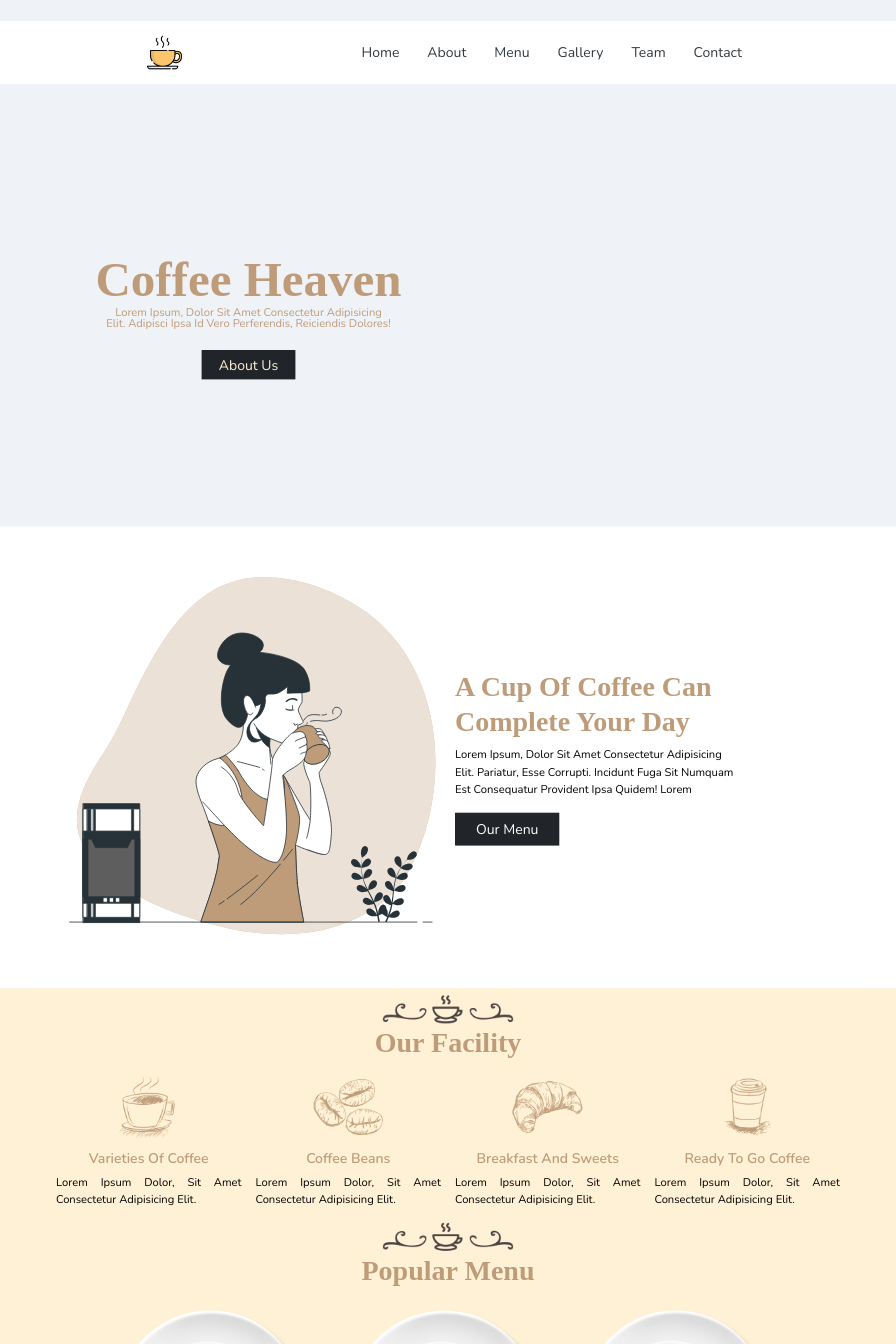
Repository: Ragavan728/coffee_full
Page: index.html
These files come from the project's save history. The page is drawn as it stood at one moment and after the next save; the edit follows.
The browser window is 1280 px wide. The pictures show the part of the page from y = 0 to 1920 px (the page is 5147 px tall before and 5087 px after), at 70% of full size.
Some web fonts or font styles are not loaded; a fallback is used.

Above is the page before, as saved 2025-02-10 15:55:17.

### index.html
<!DOCTYPE html>
<html lang="en">

<head>
    <meta charset="UTF-8">
    <meta name="viewport" content="width=device-width, initial-scale=1.0">
    <title>Coffee Shop</title>
    <link rel="shortcut icon" href="./assets/images/logo.png" type="image/x-icon">
    <link rel="stylesheet" href="./style.css">
    <link rel="stylesheet" href="https://cdnjs.cloudflare.com/ajax/libs/font-awesome/6.7.2/css/all.min.css"
        integrity="sha512-Evv84Mr4kqVGRNSgIGL/F/aIDqQb7xQ2vcrdIwxfjThSH8CSR7PBEakCr51Ck+w+/U6swU2Im1vVX0SVk9ABhg=="
        crossorigin="anonymous" referrerpolicy="no-referrer" />
    <!-- <link rel="stylesheet" href="./cssSequence.css"> -->
</head>

<body>
    <header>
        <nav class="navBar componentSpacing"> <!-- component -->
            <div class="navContainer"> <!-- componentContainer -->
                <div class="navBody"> <!-- row 1 -->
                    <div class="logoBlock"> <!-- column 1 -->
                        <figure class="logoBox"> <!-- subColumn 1 -->
                            <img src="./assets/images/logo.png" alt="logo">
                        </figure>
                    </div>
                    <div class="navlinkBlock"> <!-- column 2 -->
                        <ul class="navlinkBox"> <!-- subcolumn 1 -->
                            <li><a href="">Home</a></li>
                            <li><a href="">About</a></li>
                            <li><a href="">Menu</a></li>
                            <li><a href="">Gallery</a></li>
                            <li><a href="">Team</a></li>
                            <li><a href="">Contact</a></li>
                        </ul>
                    </div>
                </div>
            </div>
        </nav>
        <section class="heroSection"> <!-- component -->
            <div class="heroContainer"> <!-- componentContainer -->
                <div class="heroBody"> <!-- row 1 -->
                    <div class="heroBlock"> <!-- column 1 -->
                        <div class="heroBox"> <!-- subcolumn 1 -->
                            <h1>Coffee Heaven</h1>
                            <p>Lorem Ipsum, Dolor Sit Amet Consectetur
                                Adipisicing Elit. Adipisci Ipsa Id Vero
                                Perferendis, Reiciendis Dolores!</p>
                            <button type="button">About Us</button>
                        </div>
                    </div>
                </div>
            </div>
        </section>
    </header>
    <main>
        <section class="ourMenu "> <!-- component -->
            <div class="ourMenuContainer"> <!-- componentContainer  -->
                <div class="ourMenuBody"> <!-- row 1 -->
                    <div class="ourMenuImgBlock"> <!-- column 1 -->
                        <figure class="ourMenuImgBox"> <!-- subColumn 1 -->
                            <img src="./assets/images/ourmenu.svg" alt="menuImg">
                        </figure>
                    </div>
                    <div class="ourMenuBlock"> <!-- column 2 -->
                        <div class="ourMenuBox"> <!-- subcolumn 1 -->
                            <h2>A Cup Of Coffee Can Complete Your Day</h2>
                            <p>Lorem ipsum, dolor sit amet consectetur adipisicing elit. Pariatur, esse corrupti.
                                Incidunt fuga sit numquam est consequatur provident ipsa quidem! Lorem</p>
                            <button type="button">Our Menu</button>
                        </div>
                    </div>
                </div>
            </div>
        </section>
        <section class="ourFacility"> <!-- component -->
            <div class="ourFacilityContainer"> <!-- componentContainer -->
                <div class="headingBody"> <!-- row 1 -->
                    <div class="headingBlock"> <!-- column 1 -->
                        <div class="headingBox"> <!-- subcolumn 1 -->
                            <figure class="headingImg">
                                <img src="./assets/images/heading.png" alt="heading_design">
                            </figure>
                            <h2>our facility</h2>
                        </div>
                    </div>
                </div>
                <div class="facilityListsBody"> <!-- row 2 -->
                    <div class="facilityBlock"> <!-- column 1 -->
                        <div class="facilityCard"> <!-- subcolumn 1 -->
                            <figure class="facilityCardHead">
                                <img src="./assets/images/facility_1.png" alt="facility_01">
                            </figure>
                            <div class="facilityCardBody">
                                <h3>Varieties Of Coffee</h3>
                                <p>Lorem Ipsum Dolor, Sit Amet Consectetur Adipisicing Elit.</p>
                            </div>
                        </div>
                    </div>
                    <div class="facilityBlock"> <!-- column 2 -->
                        <div class="facilityCard"> <!-- subcolumn 1 -->
                            <figure class="facilityCardHead">
                                <img src="./assets/images/facility_2.png" alt="facility_02">
                            </figure>
                            <div class="facilityCardBody">
                                <h3>Coffee Beans</h3>
                                <p>Lorem Ipsum Dolor, Sit Amet Consectetur Adipisicing Elit.</p>
                            </div>
                        </div>
                    </div>
                    <div class="facilityBlock"> <!-- column 3 -->
                        <div class="facilityCard"> <!-- subcolumn 1 -->
                            <figure class="facilityCardHead">
                                <img src="./assets/images/facility_3.png" alt="facility_03">
                            </figure>
                            <div class="facilityCardBody">
                                <h3>Breakfast And Sweets</h3>
                                <p>Lorem Ipsum Dolor, Sit Amet Consectetur Adipisicing Elit.</p>
                            </div>
                        </div>
                    </div>
                    <div class="facilityBlock"> <!-- column 4 -->
                        <div class="facilityCard"> <!-- subcolumn 1 -->
                            <figure class="facilityCardHead">
                                <img src="./assets/images/facility_4.png" alt="facility_04">
                            </figure>
                            <div class="facilityCardBody">
                                <h3>Ready To Go Coffee</h3>
                                <p>Lorem Ipsum Dolor, Sit Amet Consectetur Adipisicing Elit.</p>
                            </div>
                        </div>
                    </div>
                </div>
            </div>
        </section>
        <section class="popularMenu"> <!-- component -->
            <div class="popularMenuContainer"> <!-- componentContainer -->
                <div class="headingBody"> <!-- row 1 -->
                    <div class="headingBlock"> <!-- column 1 -->
                        <div class="headingBox"> <!-- subcolumn 1 -->
                            <figure class="headingImg">
                                <img src="./assets/images/heading.png" alt="heading_design">
                            </figure>
                            <h2>Popular menu</h2>
                        </div>
                    </div>
                </div>
                <div class="popularMenuBody"> <!-- row 2 -->
                    <div class="popularMenuBlock"> <!-- column 1 -->
                        <div class="popularMenuCard"> <!-- subcolumn 1 -->
                            <figure class="popularCardHead">
                                <img src="./assets/images/popular_1.png" alt="popular_01">
                            </figure>
                            <div class="popularCardBody">
                                <p>love you coffee</p>
                            </div>
                        </div>
                    </div>
                    <div class="popularMenuBlock"> <!-- column 2 -->
                        <div class="popularMenuCard"> <!-- subcolumn 1 -->
                            <figure class="popularCardHead">
                                <img src="./assets/images/popular_2.png" alt="popular_02">
                            </figure>
                            <div class="popularCardBody">
                                <p>Cappuccino</p>
                            </div>
                        </div>
                    </div>
                    <div class="popularMenuBlock"> <!-- column 3 -->
                        <div class="popularMenuCard"> <!-- subcolumn 1 -->
                            <figure class="popularCardHead">
                                <img src="./assets/images/popular_3.png" alt="popular_03">
                            </figure>
                            <div class="popularCardBody">
                                <p>Mocha Coffee</p>
                            </div>
                        </div>
                    </div>
                    <div class="popularMenuBlock"> <!-- column 4 -->
                        <div class="popularMenuCard"> <!-- subcolumn 1 -->
                            <figure class="popularCardHead">
                                <img src="./assets/images/popular_4.png" alt="popular_04">
                            </figure>
                            <div class="popularCardBody">
                                <p>Frappuccino</p>
                            </div>
                        </div>
                    </div>
                    <div class="popularMenuBlock"> <!-- column 5 -->
                        <div class="popularMenuCard"> <!-- subcolumn 1 -->
                            <figure class="popularCardHead">
                                <img src="./assets/images/popular_5.png" alt="popular_05">
                            </figure>
                            <div class="popularCardBody">
                                <p>Black Coffee</p>
                            </div>
                        </div>
                    </div>
                    <div class="popularMenuBlock"> <!-- column 6 -->
                        <div class="popularMenuCard"> <!-- subcolumn 1 -->
                            <figure class="popularCardHead">
                                <img src="./assets/images/popular_6.png" alt="popular_06">
                            </figure>
                            <div class="popularCardBody">
                                <p>Love Heart Coffee</p>
                            </div>
                        </div>
                    </div>
                </div>
            </div>
        </section>
        <section class="ourGallery"> <!-- component -->
            <div class="ourGalleryContainer"> <!-- componentContainer -->
                <div class="headingBody"> <!-- row 1 -->
                    <div class="headingBlock"> <!-- column 1 -->
                        <div class="headingBox"> <!-- subcolumn 1 -->
                            <figure class="headingImg">
                                <img src="./assets/images/heading.png" alt="heading_design">
                            </figure>
                            <h2>our gallery</h2>
                        </div>
                    </div>
                </div>
                <div class="ourGalleryBody"> <!-- row 2 -->
                    <div class="ourGalleryBlock"> <!-- column 1 -->
                        <div class="ourGalleryCard"> <!-- subcolumn 1 -->
                            <figure class="cardHead">
                                <img src="./assets/images/gallery_1.webp" alt="gallery_1">
                            </figure>
                        </div>
                    </div>
                    <div class="ourGalleryBlock"> <!-- column 2 -->
                        <div class="ourGalleryCard"> <!-- subcolumn 1 -->
                            <figure class="cardHead">
                                <img src="./assets/images/gallery_2.webp" alt="gallery_2">
                            </figure>
                        </div>
                    </div>
                    <div class="ourGalleryBlock"> <!-- column 3 -->
                        <div class="ourGalleryCard"> <!-- subcolumn 1 -->
                            <figure class="cardHead">
                                <img src="./assets/images/gallery_3.webp" alt="gallery_3">
                            </figure>
                        </div>
                    </div>
                    <div class="ourGalleryBlock"> <!-- column 4 -->
                        <div class="ourGalleryCard"> <!-- subcolumn 1 -->
                            <figure class="cardHead">
                                <img src="./assets/images/gallery_4.webp" alt="gallery_4">
                            </figure>
                        </div>
                    </div>
                    <div class="ourGalleryBlock"> <!-- column 5 -->
                        <div class="ourGalleryCard"> <!-- subcolumn 1 -->
                            <figure class="cardHead">
                                <img src="./assets/images/gallery_5.webp" alt="gallery_5">
                            </figure>
                        </div>
                    </div>
                    <div class="ourGalleryBlock"> <!-- column 6 -->
                        <div class="ourGalleryCard"> <!-- subcolumn 1 -->
                            <figure class="cardHead">
                                <img src="./assets/images/gallery_6.webp" alt="gallery_6">
                            </figure>
                        </div>
                    </div>
                </div>
            </div>
        </section>
        <section class="ourTeam"> <!-- component -->
            <div class="ourTeamContainer"> <!-- componentContainer -->
                <div class="headingBody"> <!-- row 1 -->
                    <div class="headingBlock"> <!-- column 1 -->
                        <div class="headingBox"> <!-- subcolumn 1 -->
                            <figure class="headingImg">
                                <img src="./assets/images/heading.png" alt="heading_design">
                            </figure>
                            <h2>our team</h2>
                        </div>
                    </div>
                </div>
                <div class="ourTeamBody"> <!-- row 2 -->
                    <div class="ourTeamBlock"> <!-- column 1 -->
                        <div class="ourTeamCard"> <!-- subcolumn 1 -->
                            <figure class="teamCardHead">
                                <img src="./assets/images/team_1.jpg" alt="team_1">
                            </figure>
                            <div class="teamCardBody">
                                <p>john deo</p>
                            </div>
                        </div>
                    </div>
                    <div class="ourTeamBlock "> <!-- column 2 -->
                        <div class="ourTeamBox"> <!-- subcolumn 1 -->
                            <figure class="teamCardHead">
                                <img src="./assets/images/team_2.jpg" alt="team_2">
                            </figure>
                            <div class="teamCardBody">
                                <p>john deo</p>
                            </div>
                        </div>
                    </div>
                    <div class="ourTeamBlock "> <!-- column 3 -->
                        <div class="ourTeamBox"> <!-- subcolumn 1 -->
                            <figure class="teamCardHead">
                                <img src="./assets/images/team_3.jpg" alt="team_3">
                            </figure>
                            <div class="teamCardBody">
                                <p>john deo</p>
                            </div>
                        </div>
                    </div>
                    <div class="ourTeamBlock "> <!-- column 4 -->
                        <div class="ourTeamBox"> <!-- subcolumn 1 -->
                            <figure class="teamCardHead">
                                <img src="./assets/images/team_4.jpg" alt="team_4">
                            </figure>
                            <div class="teamCardBody">
                                <p>john deo</p>
                            </div>
                        </div>
                    </div>
                    <div class="ourTeamBlock "> <!-- column 5 -->
                        <div class="ourTeamBox"> <!-- subcolumn 1 -->
                            <figure class="teamCardHead">
                                <img src="./assets/images/team_5.jpg" alt="team_5">
                            </figure>
                            <div class="teamCardBody">
                                <p>john deo</p>
                            </div>
                        </div>
                    </div>
                    <div class="ourTeamBlock "> <!-- column 6 -->
                        <div class="ourTeamBox"> <!-- subcolumn 1 -->
                            <figure class="teamCardHead">
                                <img src="./assets/images/team_6.jpg" alt="team_6">
                            </figure>
                            <div class="teamCardBody">
                                <p>john deo</p>
                            </div>
                        </div>
                    </div>
                </div>
            </div>
        </section>
        <section class="contactUs"> <!-- component -->
            <div class="contactContainer"> <!-- componentContainer -->
                <div class="headingBody"> <!-- row 1 -->
                    <div class="headingBlock"> <!-- column 1 -->
                        <div class="headingBox"> <!-- subcolumn 1 -->
                            <figure class="headingImg">
                                <img src="./assets/images/heading.png" alt="heading_design">
                            </figure>
                            <h2>contact us</h2>
                        </div>
                    </div>
                </div>
                <div class="contactUsBody"> <!-- row 2 -->
                    <div class="contactUsImgBlock"> <!-- column 1 -->
                        <figure class="imgBox"> <!-- subcolumn 1 -->
                            <img src="./assets/images/contact-img (1).jpg" alt="">
                        </figure>
                    </div>
                    <div class="contactFormBlock"> <!-- column 2 -->


                    </div>
                </div>
            </div>
        </section>
    </main>
    <footer>
        <section class="footer"> <!-- component -->
            <div class="footerContainer"> <!-- componentContainer -->
                <div class="footerBody"> <!-- row 1 -->
                    <div class="footerBlock"> <!-- column 1 -->
                        <div class="footerCard"> <!-- subcolumn 1 -->
                            <div class="cardHead">
                                <i class="fa-solid fa-envelope"></i>
                            </div>
                            <div class="cardBody">
                                <h5>our email</h5>
                                <p>shaakshi@gmail.com</p>
                                <p>hyhy@gmail.com</p>
                            </div>
                        </div>
                    </div>
                    <div class="footerBlock"> <!-- column 2 -->
                        <div class="footerCard"> <!-- subcolumn 1 -->
                            <div class="cardHead">
                                <i class="fa-regular fa-clock"></i>
                            </div>
                            <div class="cardBody">
                                <h5>opening hours</h5>
                                <p>07:00am to 09:00pm</p>
                            </div>
                        </div>
                    </div>
                    <div class="footerBlock"> <!-- column 3 -->
                        <div class="footerCard"> <!-- subcolumn 1 -->
                            <div class="cardHead">
                                <i class="fa-solid fa-location-dot"></i>
                            </div>
                            <div class="cardBody">
                                <h5>shop location</h5>
                                <p>mumbai, india- 400101</p>
                            </div>
                        </div>
                    </div>
                    <div class="footerBlock"> <!-- column 4 -->
                        <div class="footerCard"> <!-- subcolumn 1 -->
                            <div class="cardHead">
                                <i class="fa-solid fa-phone"></i>
                            </div>
                            <div class="cardBody">
                                <h5>our number</h5>
                                <p>+91-123-456-7890</p>
                                <p>+91-111-222-3333</p>
                            </div>
                        </div>
                    </div>
                </div>
                <div class="copyrightsBody"> <!-- row 2 -->
                    <div class="copyrightsBlock"> <!-- column 1  -->
                        <div class="copyrightsBox"> <!-- subcolumn 1 -->
                            <p>
                                © copyright @ 2022 by <span>mr. web designer</span> | all rights reserved
                            </p>
                        </div>
                    </div>
                </div>
            </div>
        </section>
    </footer>
</body>

</html>

Loaded but not shown: style.css (1059 lines, source omitted)

After the next save:
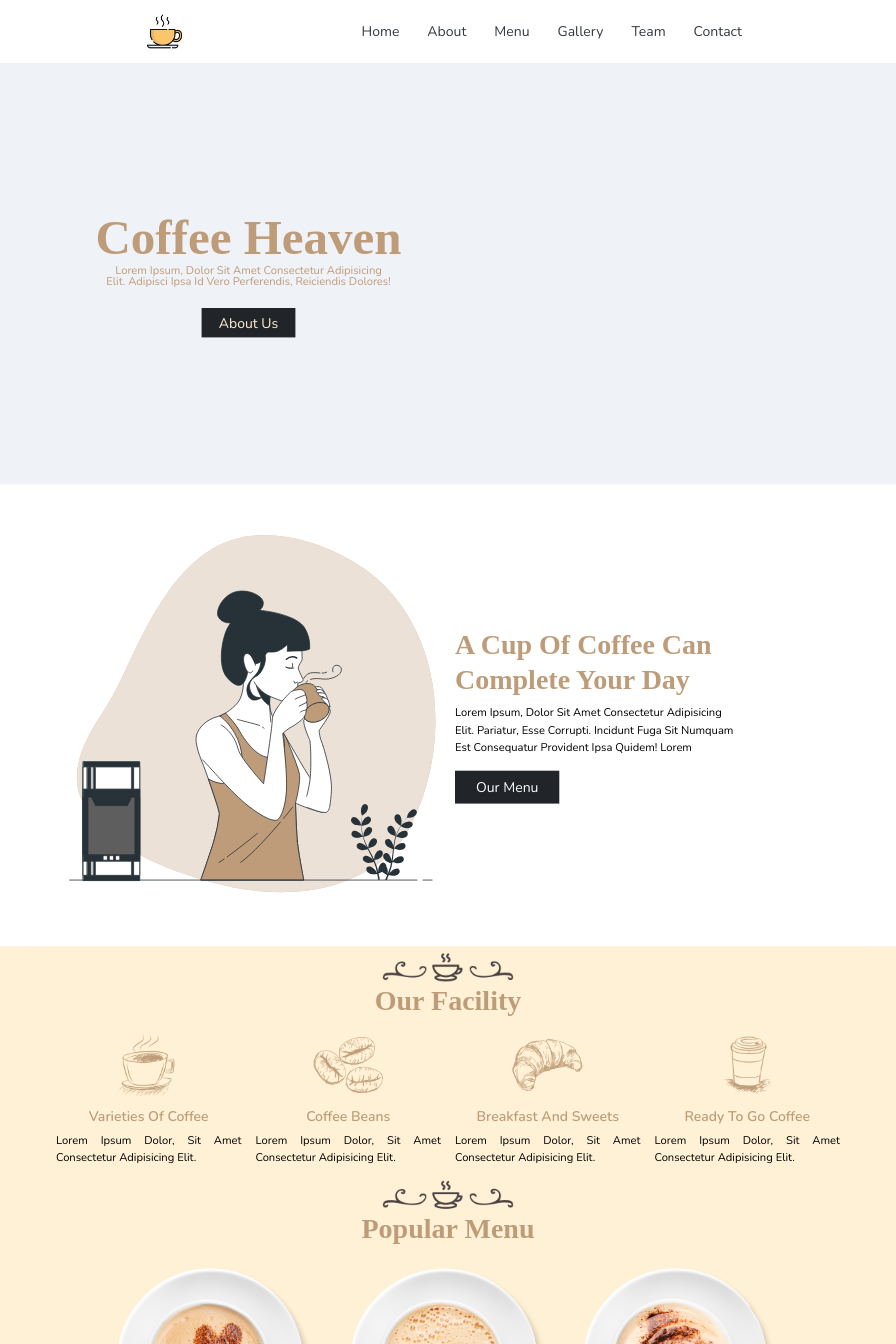
Saved 21 s later.
--- a/index.html
+++ b/index.html
@@ -15,7 +15,7 @@
 
 <body>
     <header>
-        <nav class="navBar componentSpacing"> <!-- component -->
+        <nav class="navBar"> <!-- component -->
             <div class="navContainer"> <!-- componentContainer -->
                 <div class="navBody"> <!-- row 1 -->
                     <div class="logoBlock"> <!-- column 1 -->
